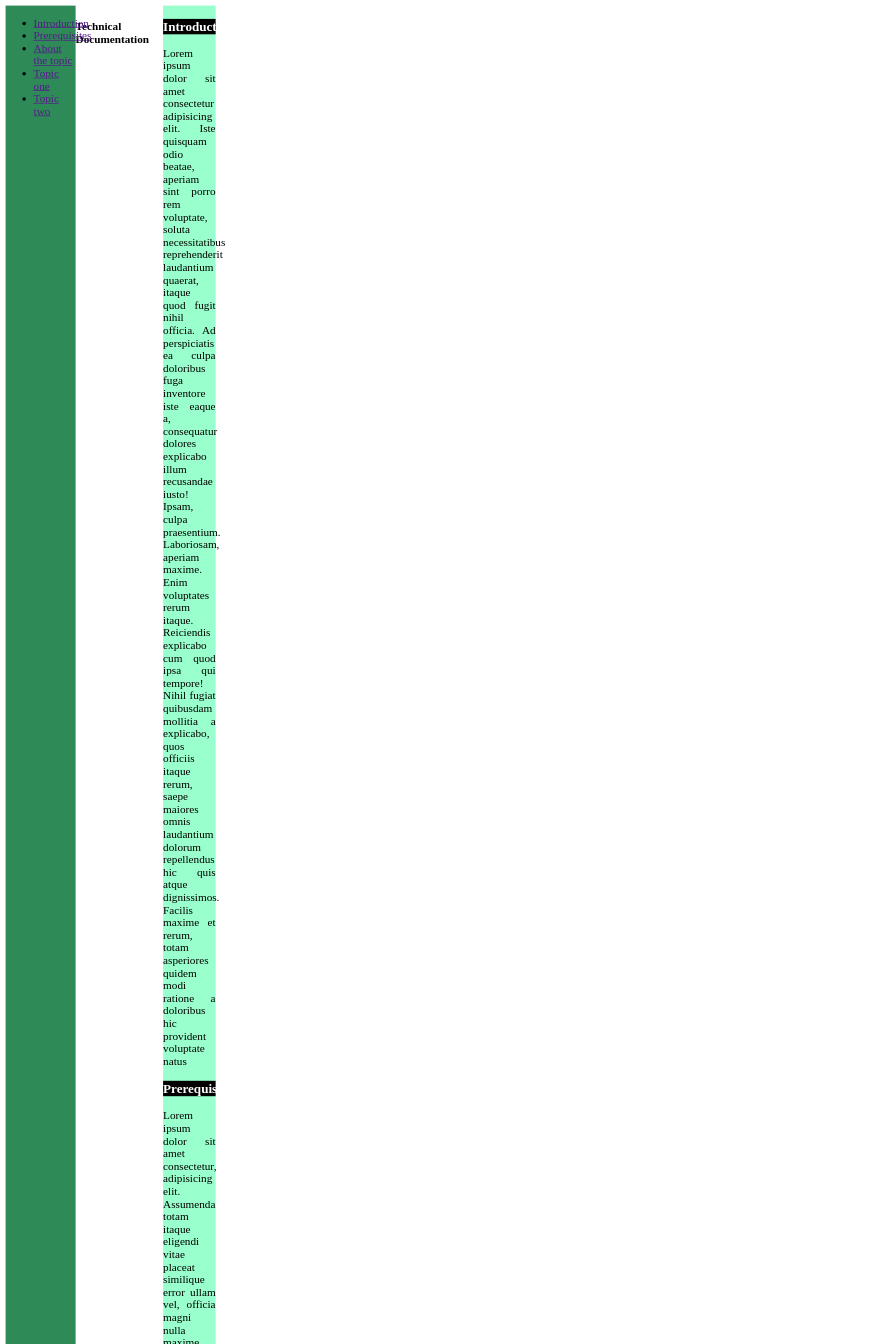
Repository: JoaoLemesDEV/Excercise-Tech-Documentation-Page
Page: index.html
These files come from the project's save history. The page is drawn as it stood at one moment and after a run of saves; the edit follows.
The browser window is 1280 px wide. The pictures show the part of the page from y = 0 to 1920 px (the page is 3689 px tall before and 4287 px after), at 70% of full size.

Above is the page before, as saved 2021-10-03 21:21:56.

After the next 2 saves:
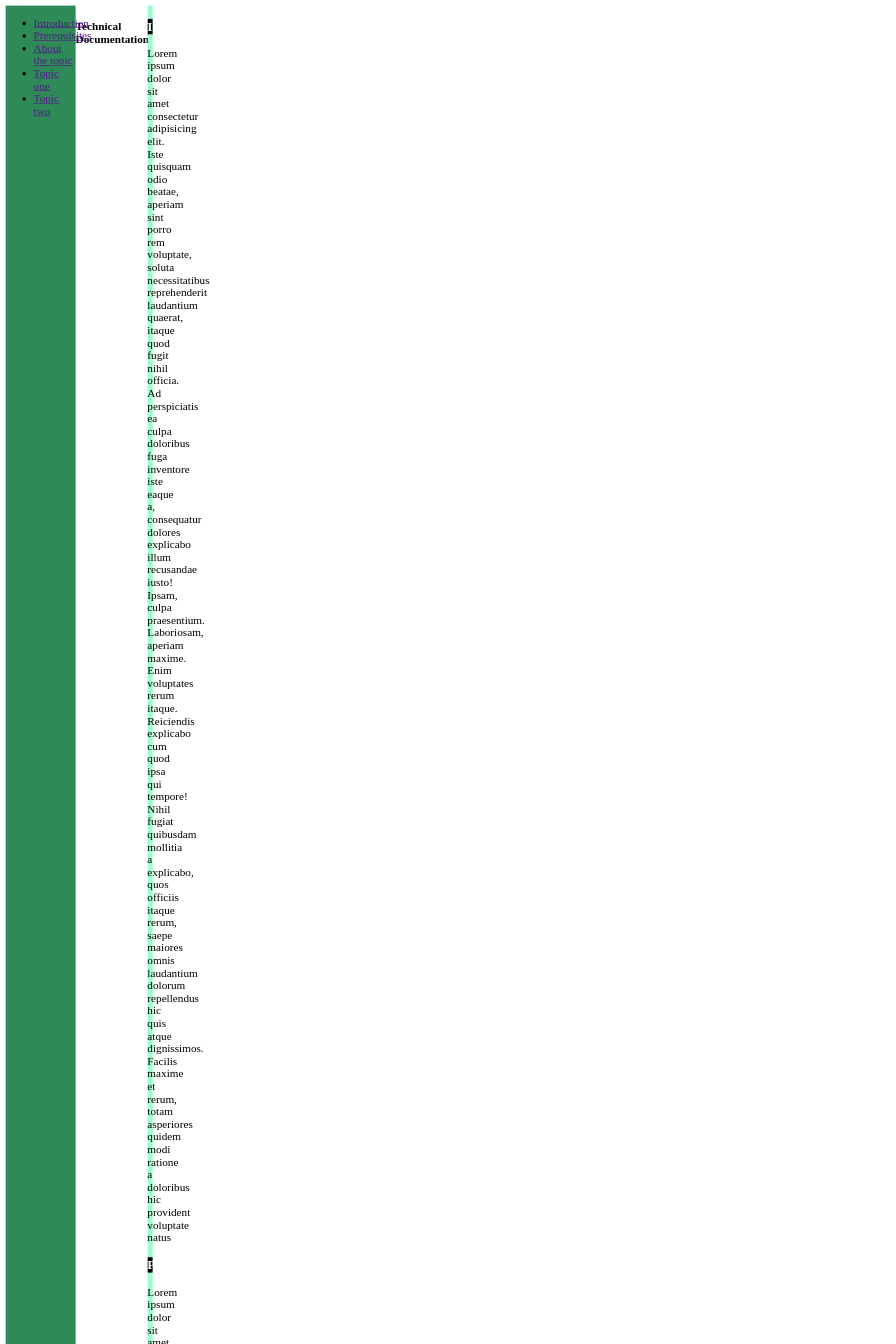
The 2 saves are shown as one change because they came seconds apart.
The last was saved 24 s later.
--- a/index.css
+++ b/index.css
@@ -7,7 +7,7 @@ grid-row-end: 2;
 
 .wrapper {
     display: grid;
-    grid-template-columns: 100px 100px 100px;
+    grid-template-columns: 100px 100px 10px;
     //grid-template-rows: 150px 150px;
 }
 
